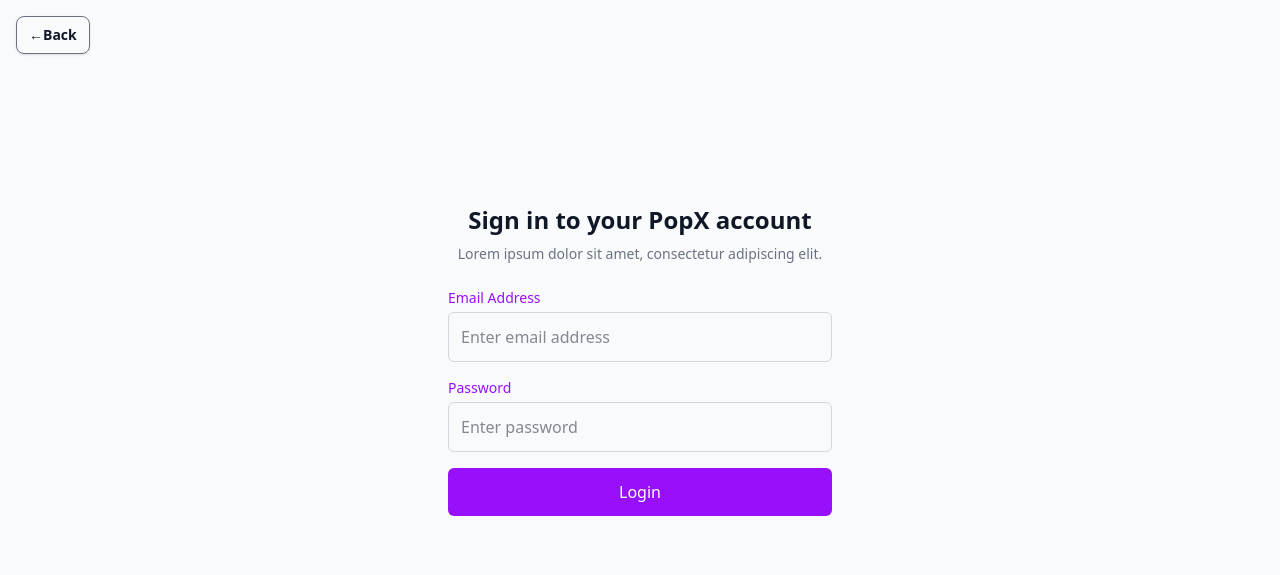
Repository: tanayburbure/inter
Page: /login
The author's editor kept a copy of each file at every save. The page is drawn from the files as they stood at one save, then again after the next save.
The browser window is 1280 px wide. The pictures show the whole page.
The project was rebuilt for these pictures with package versions that can differ from the ones it lists, and the page was loaded fresh each time. Also part of the build but not shown: vite.config.js, src/pages/Welcome.jsx, src/pages/Signup.jsx, src/pages/Account.jsx.

Above is the page before, as saved 2025-06-17 23:00:33.

### src/App.jsx
import React from "react";
import { BrowserRouter as Router, Routes, Route, useLocation, useNavigate } from "react-router-dom";
import Welcome from "./pages/Welcome";
import Login from "./pages/Login";
import Signup from "./pages/Signup";
import Account from "./pages/Account";
import { UserProvider } from "./pages/UserContex";

// BackButton Component (only hidden on Welcome page)
function BackButton() {
  const location = useLocation();
  const navigate = useNavigate();

  // Hide on Welcome page
  if (location.pathname === "/") return null;

  return (
    <button
      onClick={() => navigate(-1)}
      className="absolute top-4 left-4 px-3 py-2 text-lg border border-gray-500 rounded-lg font-bold shadow text-sm hover:bg-[#CEBAFB]"
    >
      ←Back
    </button>
  );
}

// AppContent separated to use Router hooks
function AppContent() {
  return (
    <div className="relative min-h-screen bg-gray-100 text-gray-900">
      <BackButton />
      <Routes>
        <Route path="/" element={<Welcome />} />
        <Route path="/login" element={<Login />} />
        <Route path="/signup" element={<Signup />} />
        <Route path="/account" element={<Account />} />
      </Routes>
    </div>
  );
}

export default function App() {
  return (
    <UserProvider>
      <Router>
        <AppContent />
      </Router>
    </UserProvider>
  );
}

### src/pages/Login.jsx
import { useNavigate } from 'react-router-dom';
import { useUser } from './UserContex'; // adjust path
import { useState } from 'react';

export default function Login() {
  const navigate = useNavigate();
  const { userData } = useUser();
  const [error, setError] = useState('');

  const handleLogin = (e) => {
    e.preventDefault();

    const form = e.target;
    const email = form.email.value;
    const password = form.password.value;

    if (!userData) {
      setError('No account found. Please sign up first.');
      return;
    }

    if (email === userData.email && password === userData.password) {
      setError('');
      navigate('/account');
    } else {
      setError('Invalid email or password.');
    }
  };

  return (
    <div className="min-h-screen flex items-center justify-center bg-gray-50 px-4 sm:px-6 lg:px-8">
      <div className="w-full max-w-sm space-y-6">
        <div>
          <h2 className="text-center text-2xl font-semibold text-gray-900">Sign in to your PopX account</h2>
          <p className="mt-2 text-center text-sm text-gray-500">
            Lorem ipsum dolor sit amet, consectetur adipiscing elit.
          </p>
        </div>

        <form className="space-y-4" onSubmit={handleLogin}>
          <div>
            <label className="text-sm text-purple-600 font-medium block mb-1">Email Address</label>
            <input
              name="email"
              type="email"
              placeholder="Enter email address"
              required
              className="w-full border border-gray-300 rounded-md p-3 focus:outline-none focus:ring-2 focus:ring-purple-500"
            />
          </div>
          <div>
            <label className="text-sm text-purple-600 font-medium block mb-1">Password</label>
            <input
              name="password"
              type="password"
              placeholder="Enter password"
              required
              className="w-full border border-gray-300 rounded-md p-3 focus:outline-none focus:ring-2 focus:ring-purple-500"
            />
          </div>

          {error && <p className="text-sm text-red-500">{error}</p>}

          <button
            type="submit"
            className="w-full bg-purple-600 hover:bg-purple-700 text-white py-3 rounded-md font-medium transition duration-200"
          >
            Login
          </button>
        </form>
      </div>
    </div>
  );
}

### src/pages/UserContex.jsx
import { createContext, useState, useContext } from "react";

const UserContext = createContext();

export function UserProvider({ children }) {
  const [userData, setUserData] = useState(null);
  return (
    <UserContext.Provider value={{ userData, setUserData }}>
      {children}
    </UserContext.Provider>
  );
}

export function useUser() {
  return useContext(UserContext);
}

Loaded but not shown: index.html (common file); src/main.jsx (common file); src/index.css (common file)

After the next save:
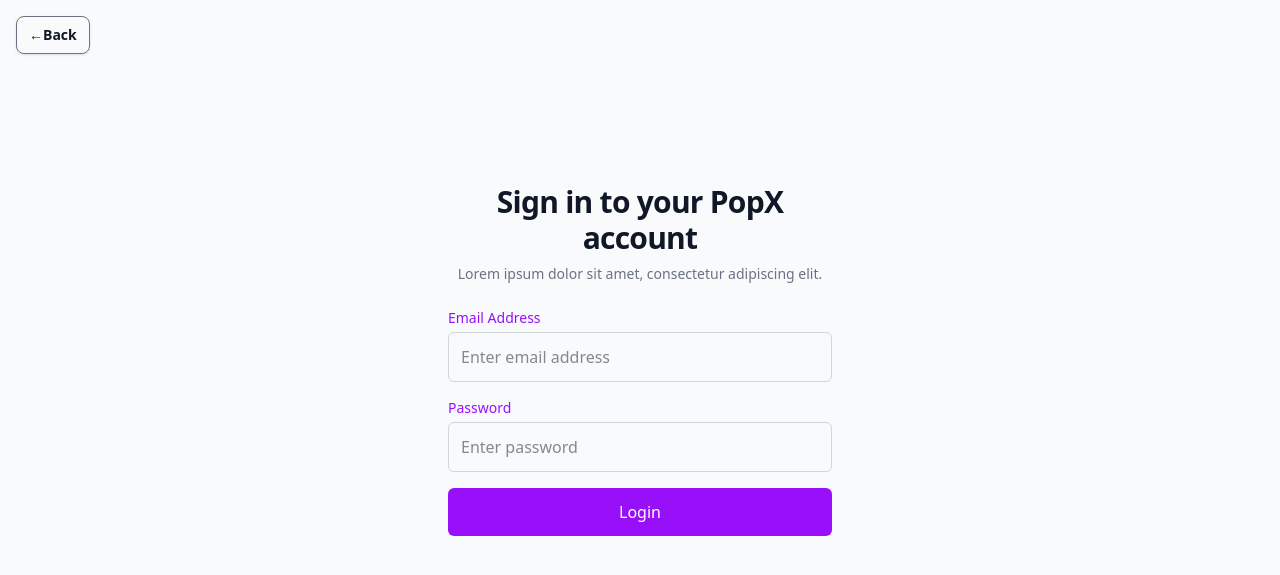
Saved 91 s later.
--- a/src/pages/Login.jsx
+++ b/src/pages/Login.jsx
@@ -31,7 +31,7 @@
     <div className="min-h-screen flex items-center justify-center bg-gray-50 px-4 sm:px-6 lg:px-8">
       <div className="w-full max-w-sm space-y-6">
         <div>
-          <h2 className="text-center text-2xl font-semibold text-gray-900">Sign in to your PopX account</h2>
+          <h2 className="text-center text-3xl font-bold tracking-tight">Sign in to your PopX account</h2>
           <p className="mt-2 text-center text-sm text-gray-500">
             Lorem ipsum dolor sit amet, consectetur adipiscing elit.
           </p>
